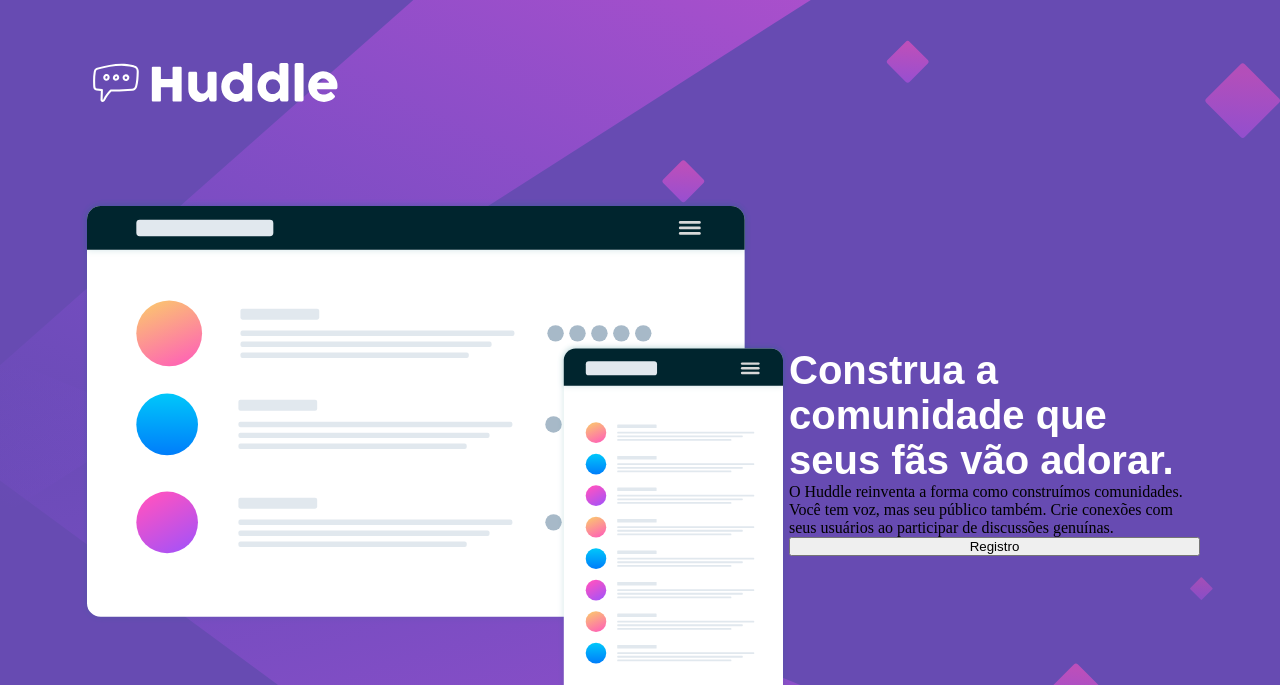
Repository: caique2512/Huddle
Page: index.html
These files come from the project's save history. The page is drawn as it stood at one moment and after the next save; the edit follows.
The browser window is 1280 px wide. The pictures show the part of the page from y = 0 to 685 px (the page is 1363 px tall).
A picture or video elsewhere on the page could not be fetched, so the positions and the page height are approximate.

Above is the page before, as saved 2026-02-27 17:58:06.

### index.html
<!DOCTYPE html>
<html lang="pt-br">
<head>
    <meta charset="UTF-8">
    <meta name="viewport" content="width=device-width, initial-scale=1.0">
    <title>Huddle</title>
    <link rel="stylesheet" href="src/reset.css">
    <link rel="stylesheet" href="src/estilos.css">
</head>
<body>
    <header>
        <img class="logo" src="images/logo.svg" alt="Logo Huddle">
    </header>
    <main class="conteudo">
        <img src="./images/illustration-mockups.svg" alt="Illustracion">
        <div class="conteudo-principal">
            <h1 class="titulo">Construa a comunidade que seus fãs vão adorar.</h1>
            <p class="subtitulo">O Huddle reinventa a forma como construímos comunidades. Você tem voz, mas seu público também. Crie conexões com seus usuários ao participar de discussões genuínas.</p>
            <button>Registro</button>
        </div>
    </main>
    <footer>
        <div class="rodape">
            <img src="./images/facebook_126724.png" alt="Facebbok">
            <img src="./images/whatsapp_4423488.png" alt="Whatzaap">
            <img src="./images/social_16101584.png" alt="Instagram">
        </div>
    </footer>
</body>
</html>

### src/estilos.css
body {
    background: url(../images/bg-desktop.svg) no-repeat;
    background-size: contain;
    background-color: #674BB2;
    padding: 50px 80px;
}

.logo{
    margin-bottom: 80px;
}

.conteudo {
    display: flex;
}

.conteudo .conteudo-principal{
    width: 40%;
    margin: 0 auto;
    display: flex;
    flex-direction: column;
    justify-content: center;
}

.conteudo .conteudo-principal .titulo {
    color: white;
    font-size: 2.5rem;
    font-family: Arial, Helvetica, sans-serif;
}

Loaded but not shown: src/reset.css (common file)

After the next save:
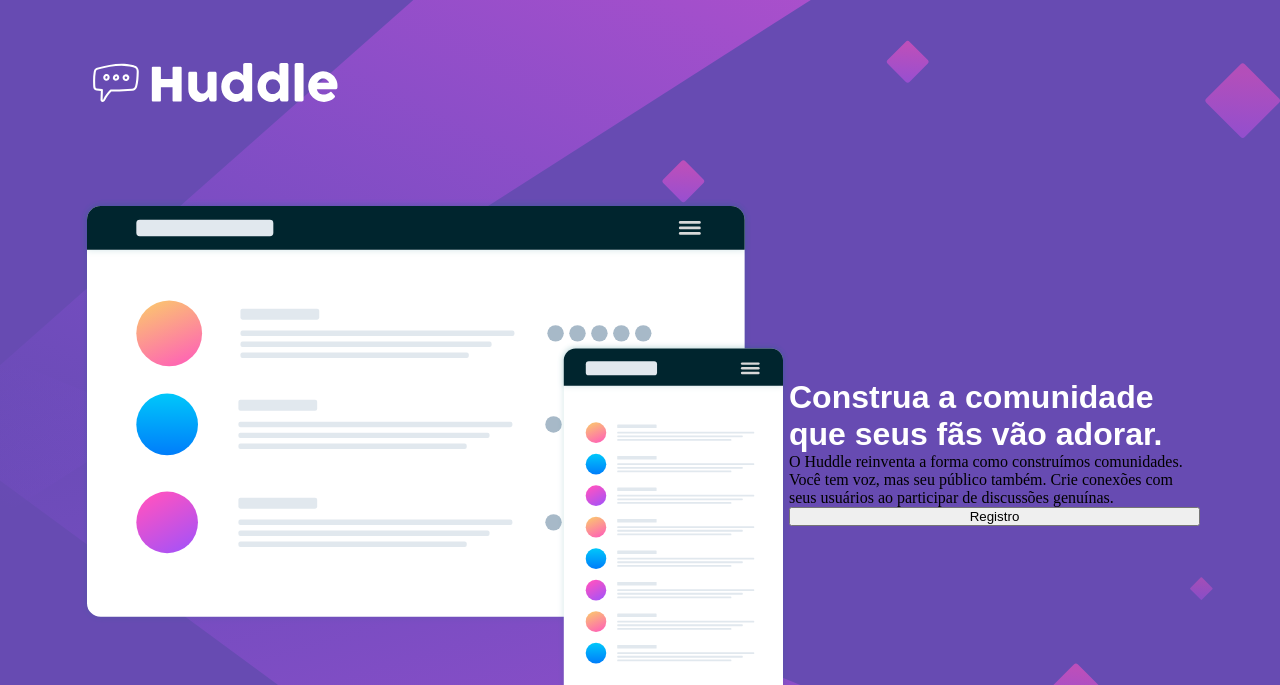
Saved 6 s later.
--- a/src/estilos.css
+++ b/src/estilos.css
@@ -23,6 +23,34 @@
 
 .conteudo .conteudo-principal .titulo {
     color: white;
-    font-size: 2.5rem;
+    font-size: 2.5
+
+
+
+
+
+
+
+
+
+
+
+
+
+
+
+
+
+
+
+
+
+
+
+
+
+
+
+    rem;
     font-family: Arial, Helvetica, sans-serif;
 }

After the 2 saves that followed:
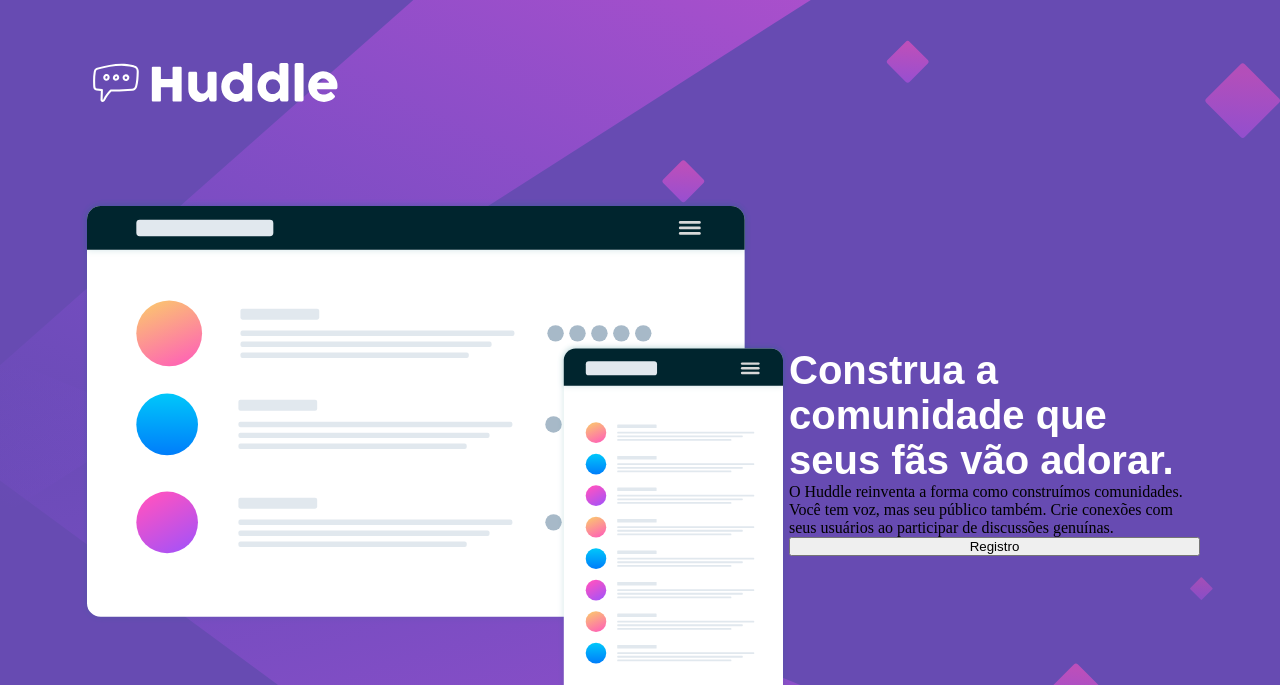
The 2 saves are shown as one change because 1 left the picture as it was.
The last was saved 11 s later.
--- a/src/estilos.css
+++ b/src/estilos.css
@@ -23,34 +23,6 @@
 
 .conteudo .conteudo-principal .titulo {
     color: white;
-    font-size: 2.5
-
-
-
-
-
-
-
-
-
-
-
-
-
-
-
-
-
-
-
-
-
-
-
-
-
-
-
-    rem;
+    font-size: 2.5rem;
     font-family: Arial, Helvetica, sans-serif;
 }
